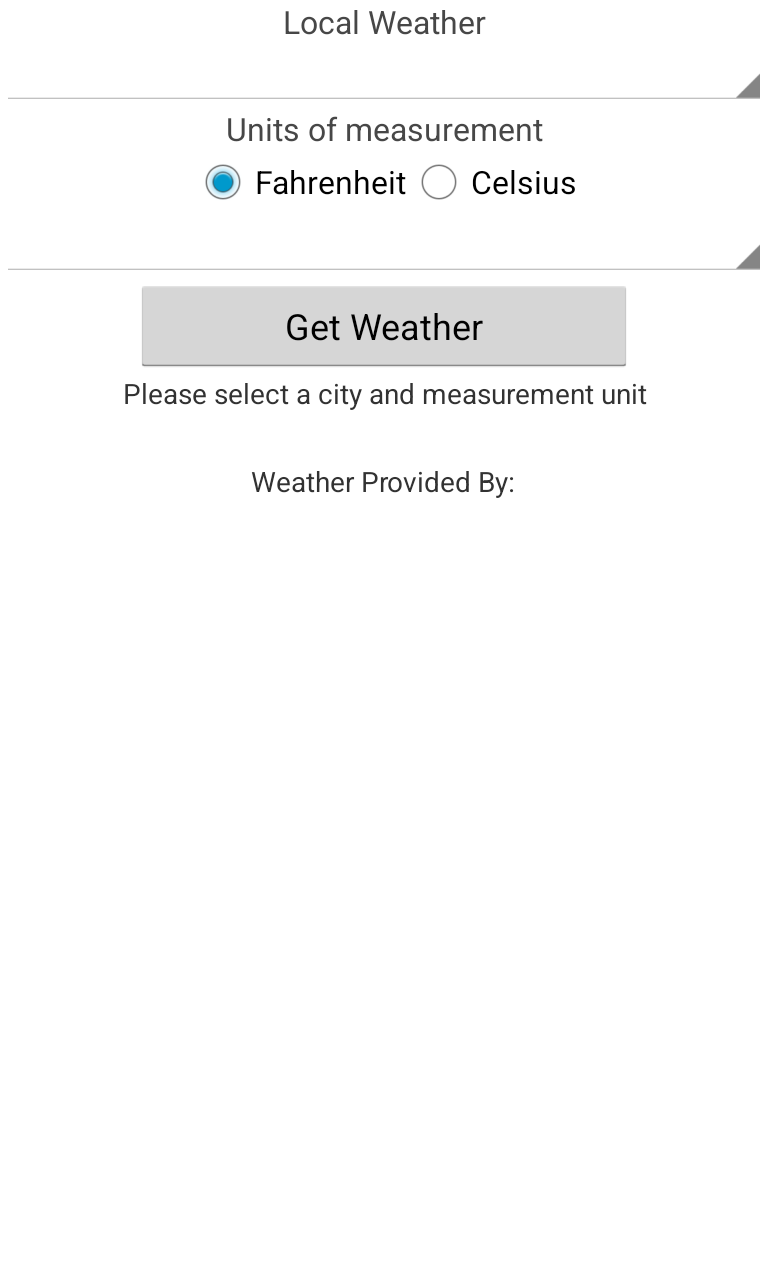
Repository: efreestone/Java1
Layout: Java1Project4/res/layout/activity_main.xml
An editor plug-in stored every save of this project. The layout is shown before and after the next save, followed by the edit.
It is drawn on a 768 x 1280 px phone screen (xhdpi) without system bars, with theme AppTheme; the app's code is not run.

Above is the layout before, as saved 2014-03-26 01:35:53.

### Java1Project4/res/layout/activity_main.xml
<?xml version="1.0" encoding="utf-8"?>
<LinearLayout xmlns:android="http://schemas.android.com/apk/res/android"
    android:layout_width="match_parent"
    android:layout_height="match_parent"
    android:orientation="vertical" >

    <!-- Top Linear Layout with controls -->
    <!-- <LinearLayout
        android:layout_width="match_parent"
        android:layout_height="wrap_content"
        android:orientation="horizontal"> -->

        <!-- Title -->
        <TextView
            android:layout_width="match_parent"
            android:layout_height="wrap_content"
            android:gravity="center"
            android:text="@string/titleString"
            style="@style/labelStyle"/>

        <!-- City Spinner -->
        <Spinner
            android:id="@+id/citySpinner"
            android:layout_width="match_parent"
            android:layout_height="wrap_content"/>

        <!-- Measurement Title -->
        <TextView
            android:layout_width="match_parent"
            android:layout_height="wrap_content"
            android:gravity="center"
            android:text="@string/measureTitleString"
            style="@style/labelStyle"/>

        <!-- Measurement Radio Buttons -->
        <RadioGroup
            android:id="@+id/tempUnitRadioGroup"
            android:layout_width="wrap_content"
            android:layout_height="wrap_content"
            android:layout_gravity="center"
            android:orientation="horizontal" >

            <RadioButton
                android:id="@+id/fahrenheitRadio"
                android:layout_width="match_parent"
                android:layout_height="wrap_content"
                android:text="@string/fahrenheitString"
                android:checked="true"/>

            <RadioButton
                android:id="@+id/celsiusRadio"
                android:layout_width="match_parent"
                android:layout_height="wrap_content"
                android:text="@string/celsiusString"/>
        </RadioGroup>

        <!-- Current Spinner -->
        <Spinner
            android:id="@+id/currentSpinner"
            android:layout_width="match_parent"
            android:layout_height="wrap_content"
            android:dropDownVerticalOffset="-45dp"
            android:popupBackground="@android:color/darker_gray"/>

        <!-- Get Weather Button -->
        <Button
            android:id="@+id/weatherButton"
            android:layout_width="wrap_content"
            android:layout_height="wrap_content"
            android:layout_gravity="center"
            android:width="250dp"
            android:text="@string/weatherButtonString"/>

	<!-- </LinearLayout> -->

	<!-- Bottom Gridlayout for temp display -->
	<GridLayout
	    android:id="@+id/tempGrid"
	    android:layout_width="match_parent"
	    android:layout_height="wrap_content"
	    android:columnCount="2">

        <!-- Display Temp -->
        <TextView
            android:id="@+id/displayTempView"
            android:layout_width="match_parent"
            android:layout_height="wrap_content"
            android:gravity="center"
            android:text="@string/displayTempString"/>

	</GridLayout>

	<TextView
	    android:layout_width="wrap_content"
	    android:layout_height="wrap_content"
	    android:layout_gravity="center"
	    android:text="Weather Provided By:"
	    android:layout_marginTop="25dp"/>

	<ImageView
	    android:id="@+id/weatherIcon"
	    android:layout_width="wrap_content"
	    android:layout_height="wrap_content"
	    android:contentDescription="@string/weatherIconAccString"
	    android:layout_gravity="center"/>

</LinearLayout>

### Java1Project4/res/values-v14/styles.xml
<resources xmlns:android="http://schemas.android.com/apk/res/android">

    <!--
        Base application theme for API 14+. This theme completely replaces
        AppBaseTheme from BOTH res/values/styles.xml and
        res/values-v11/styles.xml on API 14+ devices.
    -->
    <style name="AppBaseTheme" parent="android:Theme.Holo.Light.DarkActionBar"/>

        <!-- Labels -->
        <style name="labelStyle">
            <item name="android:textStyle">normal</item>
            <item name="android:textColor">#474747</item>
            <item name="android:textSize">16sp</item>
        </style>


</resources>

### Java1Project4/res/values/strings.xml
<?xml version="1.0" encoding="utf-8"?>
<resources>

    <string name="app_name">Java1Project4</string>
    <string name="action_settings">Settings</string>
    <string name="hello_world">Hello world!</string>

    <!-- Title and button strings -->
    <string name="titleString">Local Weather</string>
    <string name="measureTitleString">Units of measurement</string>
    <string name="weatherButtonString">Get Weather</string>
    <string name="displayTempString">Please select a city and measurement unit</string>

    <!-- Connection Alert strings -->
    <string name="noConnectionTitle">Connection Error</string>
    <string name="noConnectionAlert">This application requires internet access. Please check your network connection and try again.</string>

    <!-- Main URL strings -->
    <string name="mainURLString">http://api.wunderground.com/api/8204b5c9bf753afb/</string>
    <string name="conditionsURLString">conditions/q/</string>
    <string name="forecastURLString">forecast/q/</string>
    <!-- City URL strings -->
    <string name="lovelandString">CO/Loveland.json</string>
    <string name="losAngelesString">CA/Los_Angeles.json</string>
    <string name="newYorkString">NY/New_York.json</string>
    <string name="chicagoString">IL/Chicago.json</string>
    <string name="orlandoString">FL/Orlando.json</string>

    <!-- Radio Button Text -->
    <string name="fahrenheitString">Fahrenheit</string>
    <string name="celsiusString">Celsius</string>

    <!-- Cities array for first spinner -->
    <string-array name="cities_array">
        <item >Loveland</item>
        <item >Los Angeles</item>
        <item >New York</item>
        <item >Chicago</item>
        <item >Orlando</item>
    </string-array>

    <!-- Array for second spinner -->
    <string-array name="current_forecast">
        <item >Current Weather</item>
        <item >3-day Forecast</item>
    </string-array>

    <!-- Weather Icon -->
    <string name="weatherIconAccString">Weather Icon</string>
    <string name="weatherIconURL"></string>

</resources>

Loaded but not shown: Java1Project4/res/values/styles.xml (common file); Java1Project4/res/values-v11/styles.xml (common file)

After the next save:
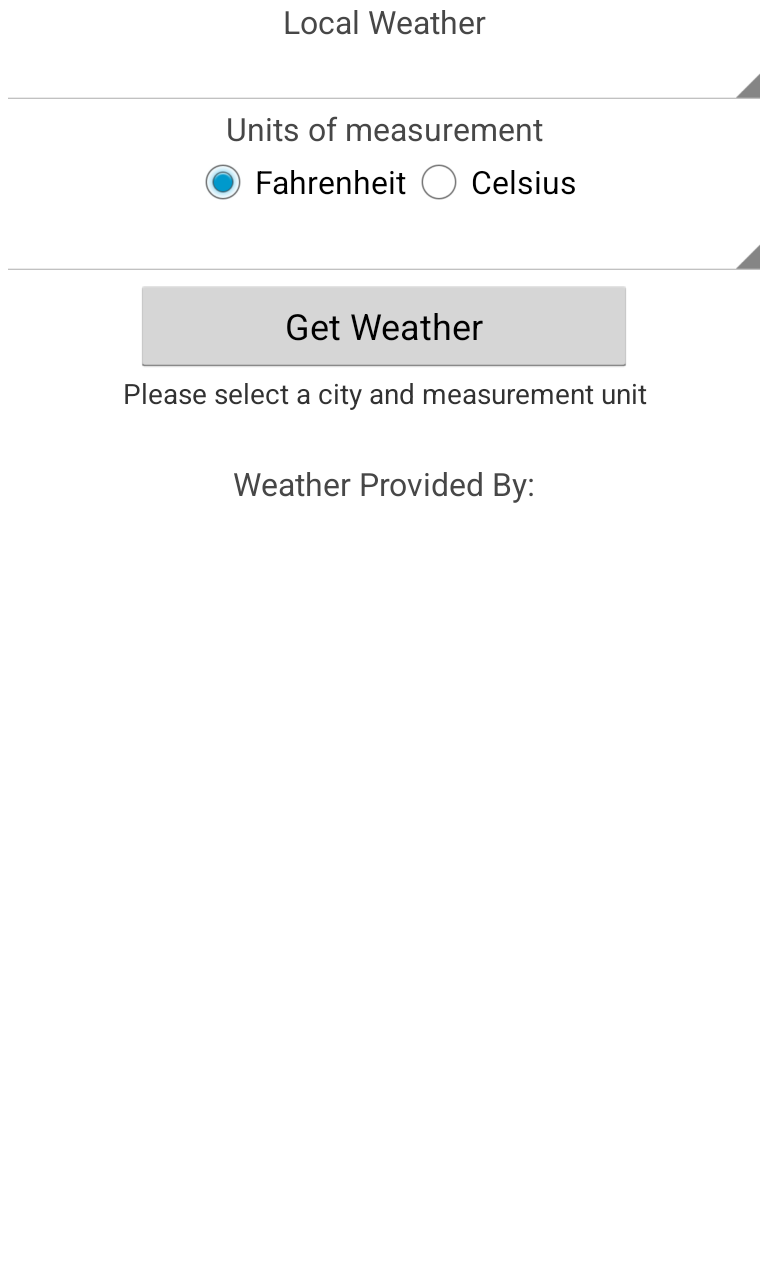
Saved 86 s later.
--- a/Java1Project4/res/layout/activity_main.xml
+++ b/Java1Project4/res/layout/activity_main.xml
@@ -95,7 +95,8 @@
 	    android:layout_height="wrap_content"
 	    android:layout_gravity="center"
 	    android:text="Weather Provided By:"
-	    android:layout_marginTop="25dp"/>
+	    android:layout_marginTop="25dp"
+	    style="@style/labelStyle"/>
 
 	<ImageView
 	    android:id="@+id/weatherIcon"
